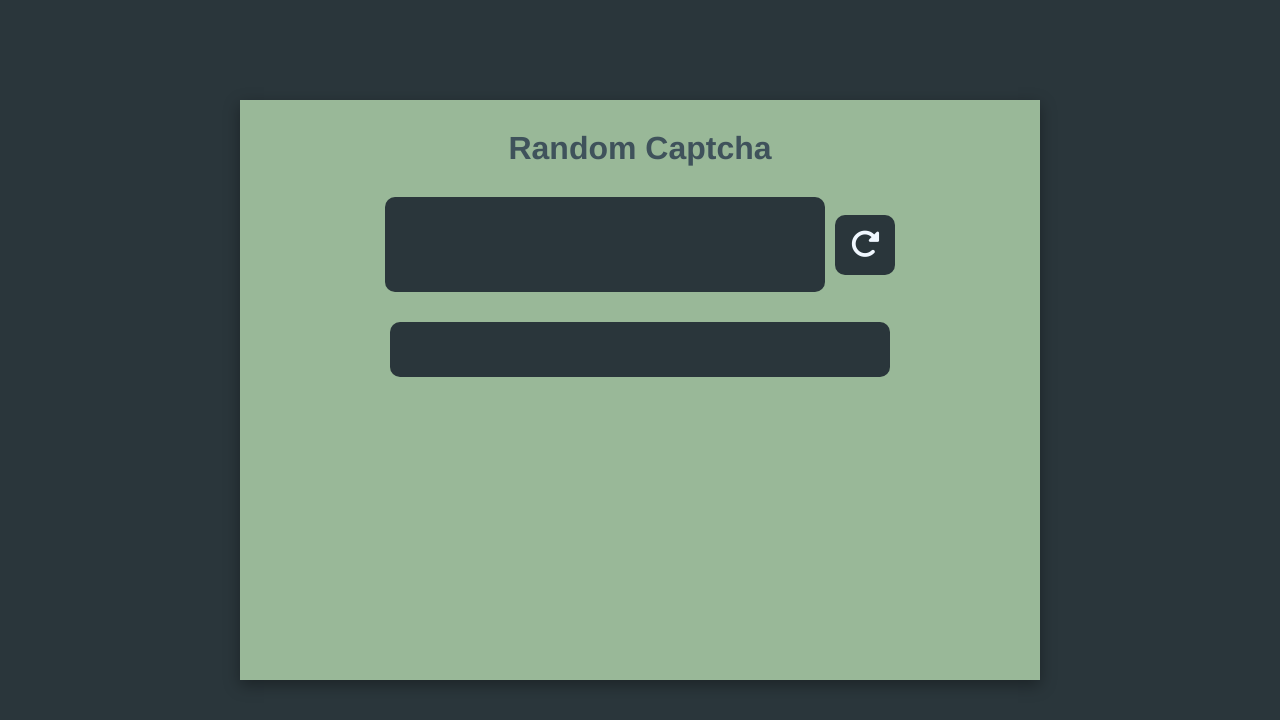
Repository: Aditya0377/Assignments
Page: Assignment/javascript practise/captcha.html
These files come from the project's save history. The page is drawn as it stood at one moment and after the next save; the edit follows.
The browser window is 1280 px wide. The pictures show the whole page.
Some web libraries are served in a nearby version.

Above is the page before, as saved 2024-03-29 17:09:05.

### Assignment/javascript practise/captcha.html
<!DOCTYPE html>
<html lang="en">

<head>
    <meta charset="UTF-8">
    <meta name="viewport" content="width=device-width, initial-scale=1.0">
    <title>Captcha Generator</title>
    <style>
        * {
            margin: 0px;
            padding: 0px;
        }

        body {
            display: flex;
            justify-content: center;
            align-items: center;
            background-color: #2a363b;
        }

        .container {
            margin-top: 100px;
            width: 800px;
            height: 580px;
            background-color: #99b898;
            box-shadow: rgba(0, 0, 0, 0.35) 0px 5px 15px;
            display: flex;
            flex-direction: column;
            align-items: center;

        }

        .head {
            margin-top: 30px;
            color: #3f525b;
            font-family: 'Franklin Gothic Medium', 'Arial Narrow', Arial, sans-serif;
        }

        .outputc {
            display: flex;
            justify-content: center;
            align-items: center;
        }

        .output {
            margin-top: 30px;
            width: 400px;
            height: 55px;
            border-radius: 10px;
            background-color: #2a363b;
            font-size: 30px;
            color: #ff847c;
            padding: 20px;
        }

        #reset {
            width: 60px;
            height: 60px;
            margin-top: 30px;
            margin-left: 10px;
            font-size: 30px;
            border: none;
            border-radius: 10px;
            background-color: #2a363b;
            color: aliceblue;
        }

        #reset:hover {
            cursor: pointer;
        }

        #input {
            margin-top: 30px;
            width: 490px;
            height: 55px;
            border-radius: 10px;
            background-color: #2a363b;
            border: none;
            outline: none;
            padding-left: 10px;
            font-size: 30px;
            color: #ff847c;
        }

        #check {
            width: 70px;
            height: 35px;
            padding: 5px;
            margin-top: 30px;
            font-size: 19px;
            border: none;
            border-radius: 10px;
            background-color: #e84a5f;
            color: aliceblue;
            transform: translateX(-45px);
            display: none;
        }
    </style>
    <script src="https://kit.fontawesome.com/edd85780d6.js" crossorigin="anonymous"></script>
</head>

<body>
    <div class="container">
        <div class="head">
            <h1>Random Captcha</h1>
        </div>
        <div class="outputc">
            <div class="output" id="soutput"></div>
            <button id="reset" onclick="captchaGeneration()"><i class="fa-solid fa-rotate-right"></i></button>
        </div>
        <div class="outputc">
            <input type="text" id="input" onkeyup="checkappear()">
            <button id="check">Check</button>
        </div>
        <p id="info"></p>
    </div>





    <script>
        function checkappear() {
            document.getElementById('check').style.display = 'inline';
            document.getElementById('input').style.transform = 'translateX(35px)';
        }
        function captchaGeneration() {
            const char = "ABCDEFGHIJKLMNOPQRSTUVWXYZabcdefghijklmnopqrstuvwxyz0123456789!@#$%^&*";
            let captcha = "";
            captcha += char.charAt(Math.floor(Math.random() * char.length - 32 + 1));
            captcha += char.charAt(Math.floor(Math.random() * char.length - 32));
            captcha += char.charAt(Math.floor(Math.random() * 26) + 32);
            captcha += char.charAt(Math.floor(Math.random() * 26) + 32);
            captcha += char.charAt(Math.floor(Math.random() * 10) + 62);
            captcha += char.charAt(Math.floor(Math.random() * 10) + 62);

            document.getElementById("soutput").innerHTML = captcha;
        }

    </script>
</body>

</html>

After the next save:
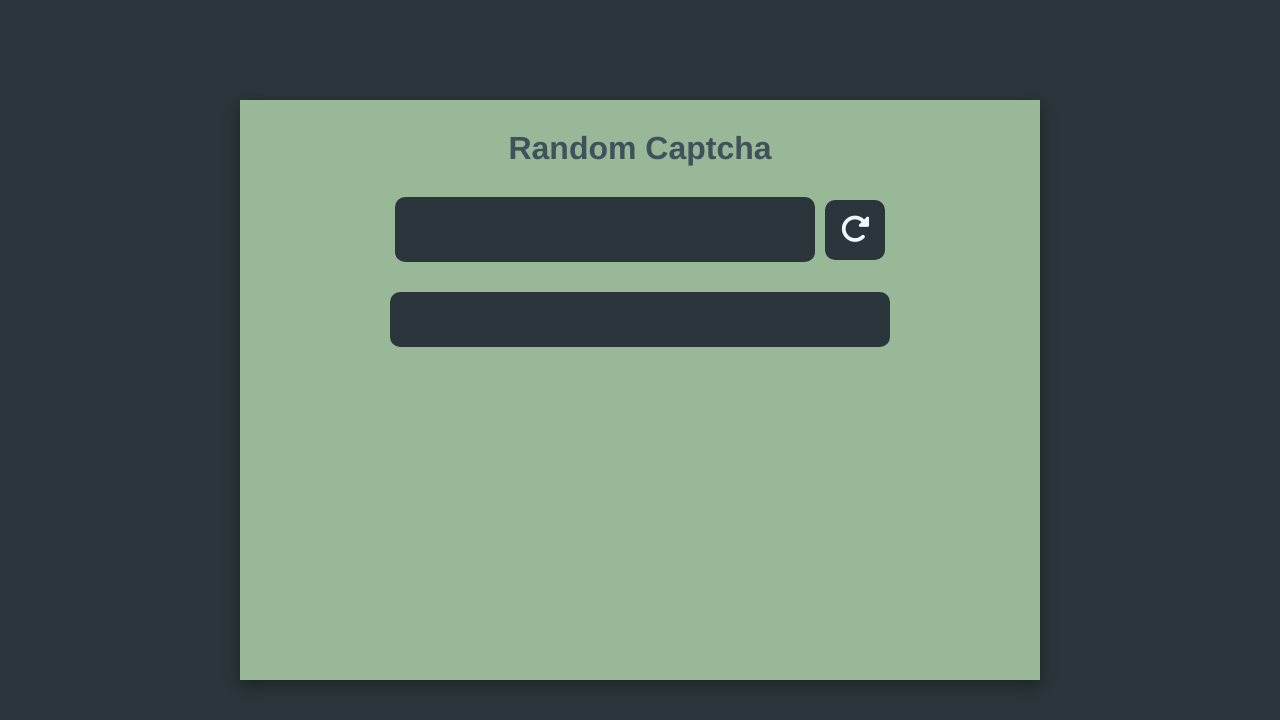
Saved 18 s later.
--- a/Assignment/javascript practise/captcha.html
+++ b/Assignment/javascript practise/captcha.html
@@ -45,12 +45,12 @@
         .output {
             margin-top: 30px;
             width: 400px;
-            height: 55px;
+            height: 45px;
             border-radius: 10px;
             background-color: #2a363b;
             font-size: 30px;
             color: #ff847c;
-            padding: 20px;
+            padding: 10px;
         }
 
         #reset {
